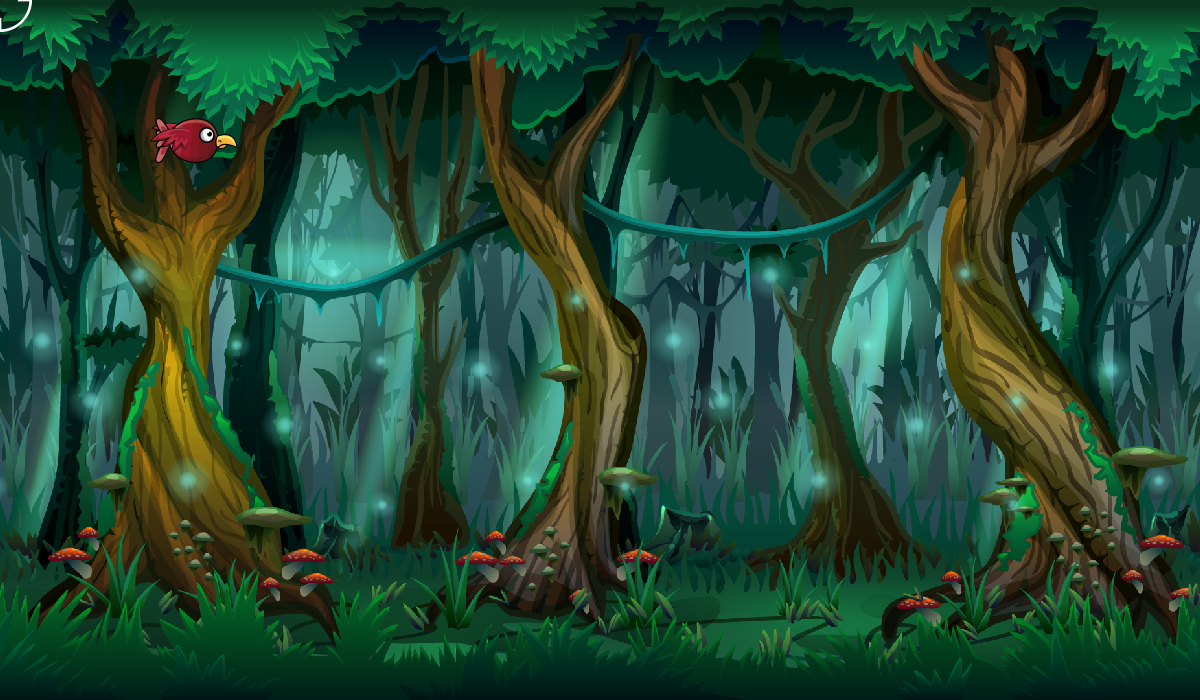
Repository: mys-pro/demo_shooting_bird_vision
Script's output: python main.py
These files come from the project's save history. The script's output is drawn as it stood at one moment and after the next save; the edit follows.
The window is shown after at most 60 frames with no key pressed. Random numbers start from a fixed seed. It also reads assets/images/backgrounds/Cartoon_Forest_BG_01.png, assets/images/backgrounds/Cartoon_Forest_BG_02.png, assets/images/backgrounds/Cartoon_Forest_BG_03.png, assets/images/backgrounds/Cartoon_Forest_BG_04.png, assets/images/birds/bird1/b-1.png, assets/images/birds/bird1/b-2.png, assets/images/birds/bird1/b-3.png, assets/images/birds/bird1/b-4.png, assets/images/icon.png, assets/images/viewfinder.png.

Above is the script's output before, as saved 2024-06-16 16:21:57.

After the next save:
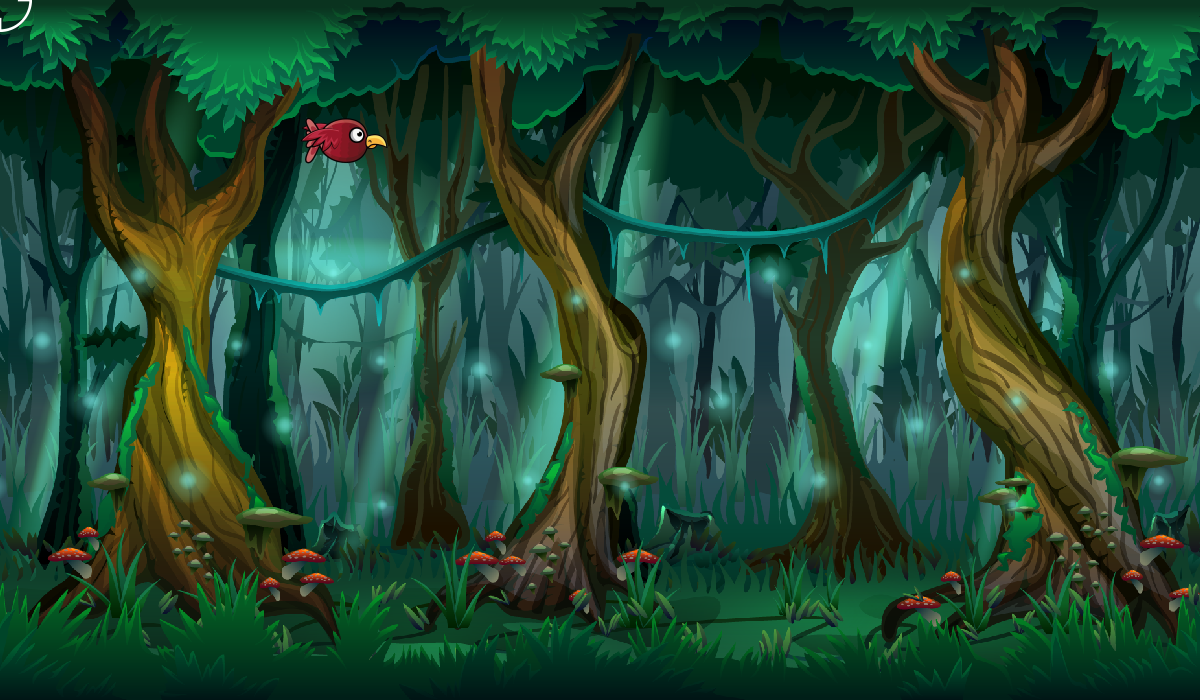
Saved 6 s later.
--- a/main.py
+++ b/main.py
@@ -44,7 +44,7 @@ class bird:
         self.rect = self.image.get_rect()
         self.rect.x = x
         self.rect.y = y
-        self.velocity = 5  # Tốc độ mặc định
+        self.velocity = 10  # Tốc độ mặc định
 
     def update(self):
         # Cập nhật chỉ số hình ảnh để tạo hiệu ứng hoạt hình
